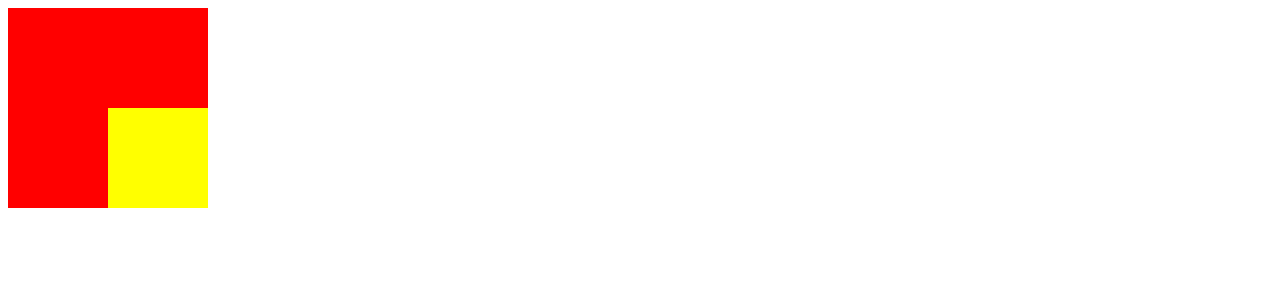
Repository: Qianfane/Blog
Page: CSS/居中测试/2.center-position-margin.html
An editor plug-in stored every save of this project. The page is shown before and after the next save, followed by the edit.
The browser window is 1280 px wide. The pictures show the whole page.

Above is the page before, as saved 2022-01-24 22:29:21.

After the next save:
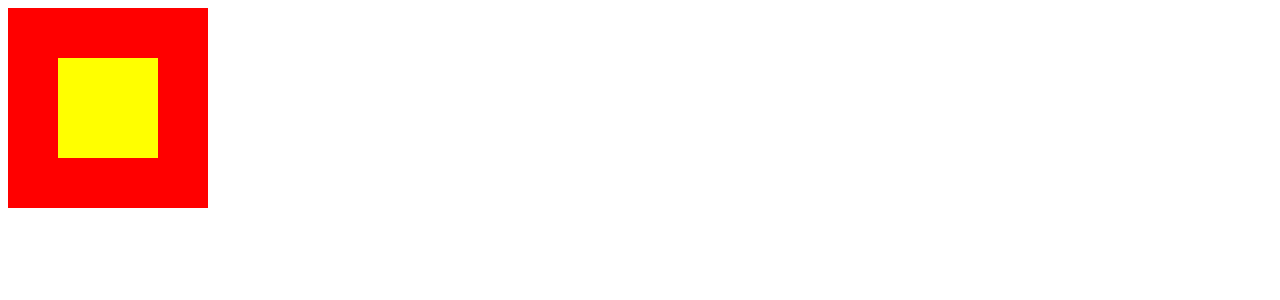
Saved 5 s later.
--- a/CSS/居中测试/2.center-position-margin.html
+++ b/CSS/居中测试/2.center-position-margin.html
@@ -23,8 +23,8 @@
         position: absolute;
         top: 50%;
         left: 50%;
-        /* margin-left: -50px;
-        margin-top: -50px; */
+        margin-left: -50px;
+        margin-top: -50px;
     }
 </style>
 <div class="outer">
